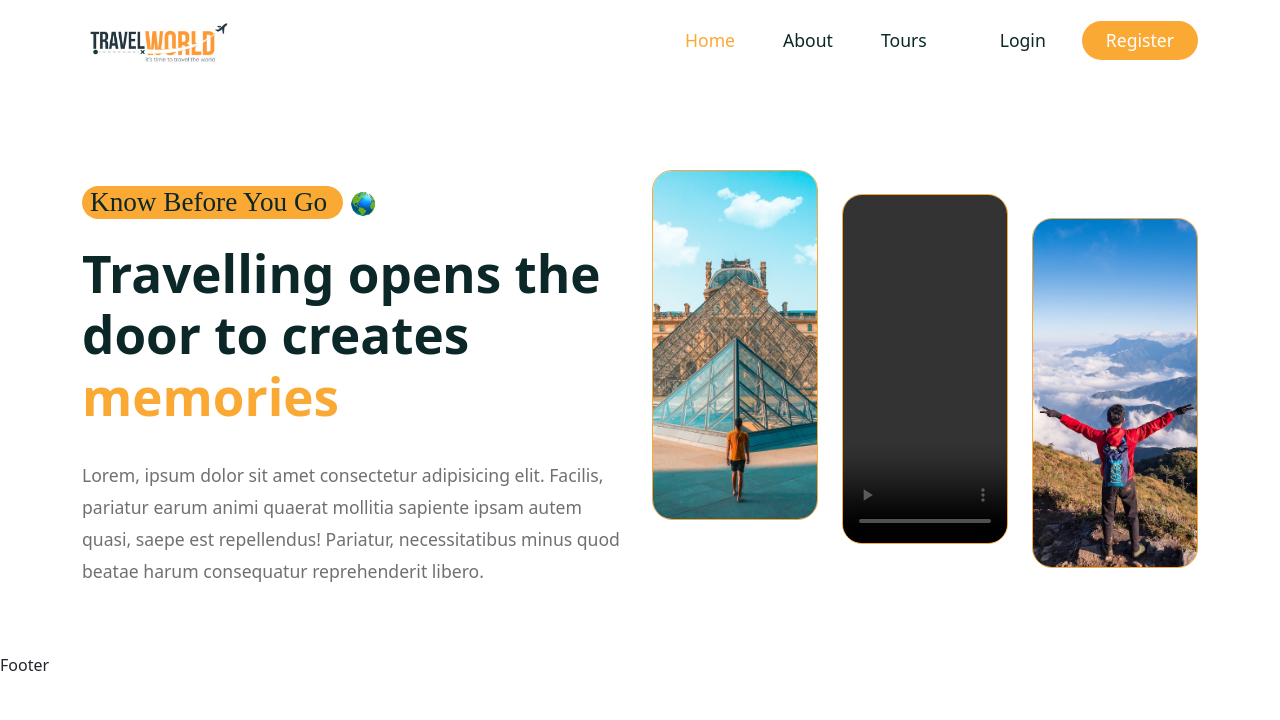
Repository: remydev47/travell-agency
Page: /
The author's editor kept a copy of each file at every save. The page is drawn from the files as they stood at one save, then again after the next save.
The browser window is 1280 px wide. The pictures show the whole page.
Pictures or frames that could not be fetched are drawn as grey boxes. Some web fonts or font styles are not loaded; a fallback is used. The project was rebuilt for these pictures with package versions that can differ from the ones it lists, and the page was loaded fresh each time. Also part of the build but not shown: vite.config.js, src/pages/Login.jsx, src/pages/TourDetails.jsx, src/pages/Tours.jsx, src/pages/SearchResultList.jsx, src/pages/Register.jsx, src/shared/search-bar.css. Imported but missing from the stored project, and not drawn on this page: src/assets/images/hero-video.mp4.

Above is the page before, as saved 2023-01-31 12:23:15.

### src/main.jsx
import React from 'react'
import ReactDOM from 'react-dom/client'
import App from './App'
import "bootstrap/dist/css/bootstrap.min.css";
import "remixicon/fonts/remixicon.css";
import "slick-carousel/slick/slick.css";
import "slick-carousel/slick/slick-theme.css";
import { BrowserRouter } from 'react-router-dom';

ReactDOM.createRoot(document.getElementById('root')).render(
  <React.StrictMode>
    <BrowserRouter>
      <App />
    </BrowserRouter>
  </React.StrictMode>,
)

### src/App.jsx
import { useState } from 'react'
import './App.css'
import Layout from './components/Layout/Layout'

function App() {
  return (
    <>
      <Layout />
    </>
  )
}

export default App

### src/components/Layout/Layout.jsx
import React from 'react';
import Header from '../Header/Header';
import Footer from '../Footer/Footer';
import Routers from '../../router/Routers';

const Layout = () => {
  return (
   <>
     <Header />
     <Routers />
     <Footer />
   </>
  )
}

export default Layout

### src/components/Header/Header.jsx
import React from 'react';
import { Container, Row, Button } from 'reactstrap';
import { NavLink, Link  } from 'react-router-dom';
import logo from "../../assets/images/logo.png";
import './header.css';

const nav__links=[
  {
    path:'/home',
    display: 'Home'
  },
  {
    path:'/about',
    display: 'About'
  },
  {
    path:'/tours',
    display: 'Tours'
  },
]

const Header = () => {
  return (
    <header className="header">
      <Container>
        <Row>
          <div className="nav__wrapper d-flex align-items-center
           justify-content-between ">
            {/* Logo start */}
            <div className="logo">
              <img src={logo} />
            </div>
            {/* Logo ends */}

            {/* menu starts */}
            <div className="navigation">
              <ul className="menu d-flex align-items-center gap-5">
                {nav__links.map((item, index) => (
                  <li className="nav__item" key={index}>
                    <NavLink
                     to={item.path}
                     className={navClass=> navClass.isActive ? 'active__link' : ''}
                     >
                      {item.display}
                    </NavLink>
                  </li>
                ))}
              </ul>
            </div>
            {/* menu ends */}

            <div className="nav__right d-flex align-items-center gap-4">
              <div className="nav__btns d-flex align-items-center gap-4">
                <Button className='btn secondary__btn '>
                  <Link to="/login">Login</Link>
                </Button>

                <Button className='btn primary__btn '>
                  <Link to="/register">Register</Link>
                </Button>
              </div>
            </div>

          </div>
        </Row>
      </Container>
    </header>
  )
}

export default Header

### src/router/Routers.js
import React from 'react';
import { Routes, Route, Navigate } from 'react-router-dom';

import { SearchResultList, Tours, TourDetails, Login, Register, Home } from '../pages';

const Routers = () => {
  return (
    <Routes>
        <Route path="/" element={<Navigate to='/home' />} />
        <Route path="/home" element={<Home />} />
        <Route path="/tours" element={<Tours />} />
        <Route path="/tours:id" element={<TourDetails />} />
        <Route path="/login" element={<Login />} />
        <Route path="/register" element={<Register />} />
        <Route path="/tours/search" element={<SearchResultList />} />
    </Routes>
  )
}

export default Routers

### src/components/Header/header.css
.header{
    width: 100%;
    height: 80px;
    line-height: 80px;
}

.logo img{
    width: 30%;
}

.menu{
    margin-bottom: 0;
}

.nav__item a{
    text-decoration: none;
    color: var(--heading-color);
    font-weight: 500;
    font-size: 1.1rem;
}

.nav__item a:hover{
    color: inherit;
}

.nav__item a.active__link{
    color: var(--secondary-color);
}

.mobile__menu{
    font-size: 1.3rem;
    color: var(--heading-color);
    display: none;
}

.stick__header{
    width: 100%;
    height: 80px;
    line-height: 80px;
    background: #fff;
    position: sticky;
    top: 0;
    left: 0;
    box-shadow: 3ps 3px 8px #ddd;
    z-index: 999;
}

### src/pages/index.js
import Home from "./Home"
import Login from "./Login";
import TourDetails from "./TourDetails";
import Tours from "./Tours";
import SearchResultList from "./SearchResultList";
import Register from "./Register";

export {
    Home, Tours, TourDetails, Login, SearchResultList, Register
}

### src/pages/Home.jsx
import React from 'react';
import '../styles/home.css';
import  { Container, Row, Col } from 'reactstrap';
import heroImg from '../assets/images/hero-img01.jpg';
import heroImg02 from '../assets/images/hero-img02.jpg';
import heroVideo from '../assets/images/hero-video.mp4';
import worldImg from '../assets/images/world.png'
import Subtitle from '../shared/Subtitle';

const Home = () => {
  return (
    <>
     <section>
      <Container>
        <Row>
          <Col lg="6">
            <div className='hero__content'>
              <div className="hero__subtitle d-flex align-items-center">
                <Subtitle subtitle={'Know Before You Go'}/>
                <img src={worldImg} alt=''/>
              </div>
              <h1>Travelling opens the door to creates <span className="highlight">memories</span> </h1>
              <p className="">Lorem, ipsum dolor sit amet consectetur adipisicing elit. Facilis, pariatur earum animi quaerat mollitia sapiente ipsam autem quasi, saepe est repellendus! Pariatur, necessitatibus minus quod beatae harum consequatur reprehenderit libero.</p>
            </div>
          </Col>

          <Col lg='2'>
            <div className="hero__img-box">
              <img src={heroImg} alt=''/>
            </div>
          </Col>

          <Col lg='2'>
            <div className="hero__img-box mt-4">
              <video src={heroVideo} alt='' controls/>
            </div>
          </Col>

          <Col lg='2'>
            <div className="hero__img-box mt-5">
              <img src={heroImg02} alt=''/>
            </div>
          </Col>

        </Row>
      </Container>
     </section>
    </>
  )
}

export default Home

### src/styles/home.css
.hero__subtitle img{
    width: 2.5rem;
    height: 2.5rem;
}

.hero__content h1{
    font-size: 3.2rem;
    font-weight: 600;
    margin-top: 1rem;
    margin-bottom: 2rem;
    color: var(--heading-color);
}

.hero__content h1 .highlight{
    color: var(--secondary-color);
}

.hero__content p{
    font-size: 1.1rem;
    color: var(--text-color);
    line-height: 2rem;
}

.hero__img-box img,
.hero__img-box video {
    width: 100%;
    height: 350px;
    border-radius: 20px;
    border: 1px solid var(--secondary-color);
    object-fit: cover;
}

.hero__content{
    padding-top: 3.5rem;
}

.hero__img-box{
    padding-top: 2.5rem;
}

### src/shared/Subtitle.jsx
import React from 'react'

const Subtitle = ({ subtitle }) => {
  return (
    <h3 className='section__subtitle'>{subtitle}</h3>
  )
}

export default Subtitle

### src/shared/SearchBar.jsx
import React from 'react'
import './search-bar.css'
import { Col, Form, FormGroup } from 'reactstrap'

const SearchBar = () => {
  return (
    <Col lg='12'>
        <div className="search__bar">
            <Form className='d-flex align-items-center gap-4'>
                <FormGroup className='d-flex gap-3 form__group form__group-fast'>
                    <span><i class="ri-map-pin-line"></i></span>
                    <div>
                        <h6>Location</h6>
                        <input type="text" placeholder="Where are You Going" />
                    </div>
                </FormGroup>

                <FormGroup className='d-flex gap-3 form__group form__group-fast'>
                    <span><i class="ri-map-pin-time-line"></i></span>
                    <div>
                        <h6>Distance</h6>
                        <input type="number" placeholder="DISTANCE in k/hr" />
                    </div>
                </FormGroup>

                <FormGroup className='d-flex gap-3 form__group form__group-last'>
                    <span><i class="ri-group-line"></i></span>
                    <div>
                        <h6>MAX-ppl</h6>
                        <input type="number" placeholder="0" />
                    </div>
                </FormGroup>
            </Form>
        </div>
    </Col>
  )
}

export default SearchBar

Loaded but not shown: index.html (common file); src/App.css (common file); src/components/Footer/Footer.jsx (common file)

After the next save:
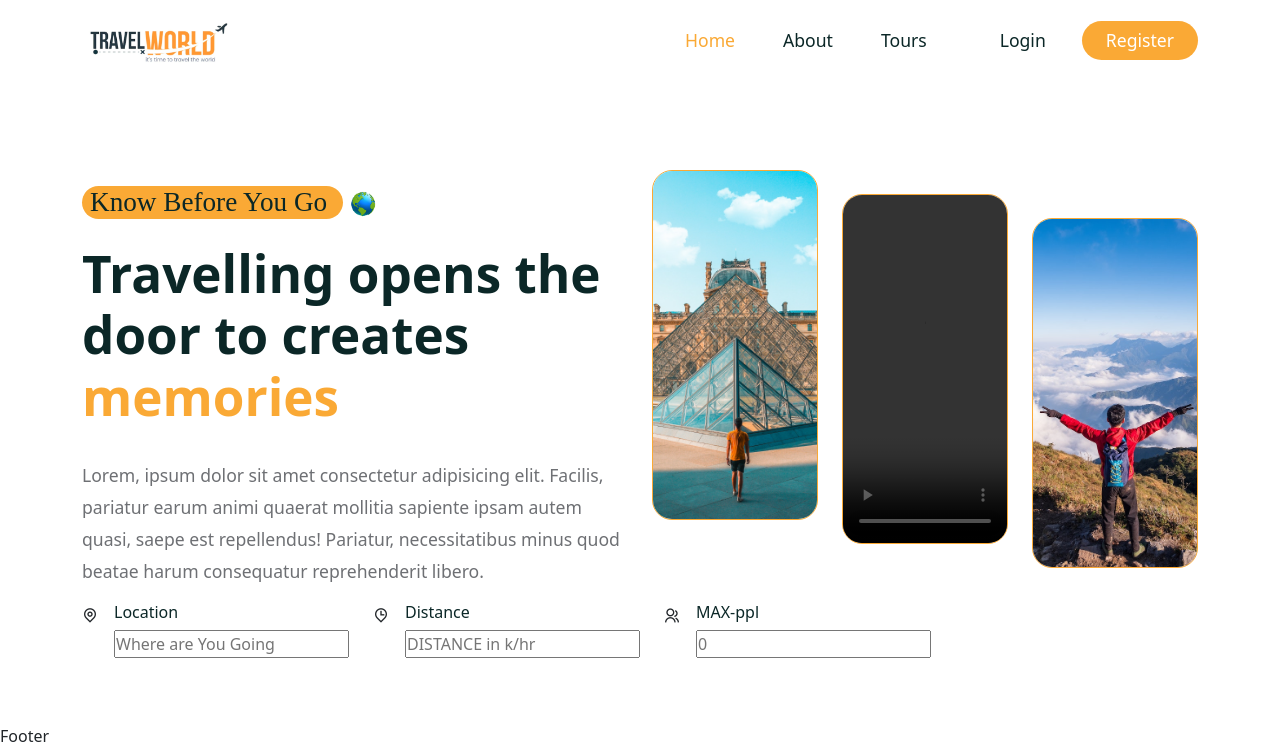
Saved 1 s later.
--- a/src/pages/Home.jsx
+++ b/src/pages/Home.jsx
@@ -6,6 +6,7 @@ import heroImg02 from '../assets/images/hero-img02.jpg';
 import heroVideo from '../assets/images/hero-video.mp4';
 import worldImg from '../assets/images/world.png'
 import Subtitle from '../shared/Subtitle';
+import SearchBar from '../shared/SearchBar';
 
 const Home = () => {
   return (
@@ -42,6 +43,8 @@ const Home = () => {
             </div>
           </Col>
 
+          <SearchBar />
+
         </Row>
       </Container>
      </section>
